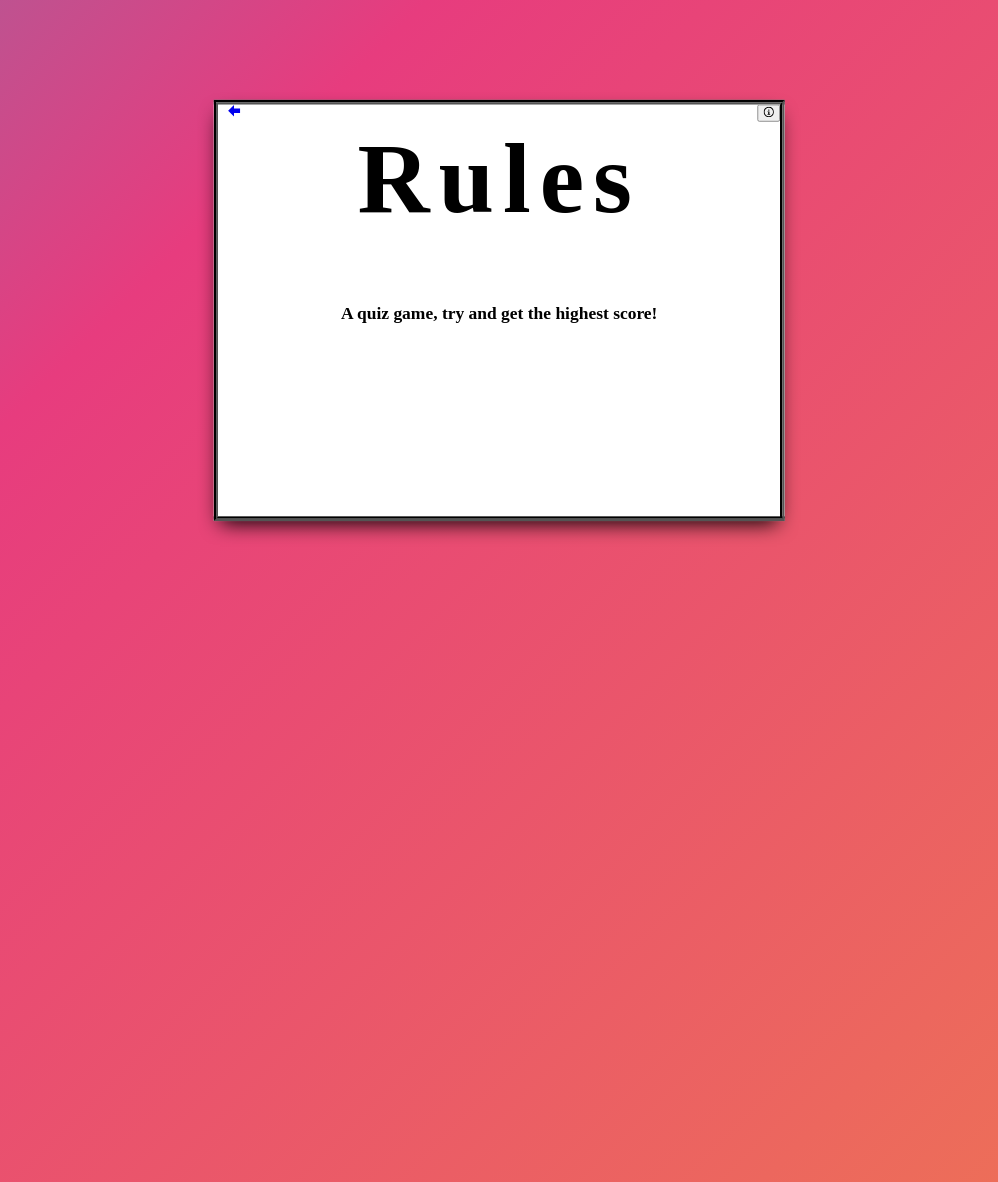
Repository: PatrickTheCodeGuy/QuizApp
Page: /newGame (app in quizapp/)
The author's editor kept a copy of each file at every save. The page is drawn from the files as they stood at one save, then again after the next save.
The browser window is 1280 px wide. The pictures show the whole page, at 78% of full size.
The project was rebuilt for these pictures with package versions that can differ from the ones it lists, and the page was loaded fresh each time. A package was used in the major version that the imports need, not the one package.json lists. Also part of the build but not shown: quizapp/src/App.css, quizapp/src/components/Leaderboard/Leaderboard.css, quizapp/src/components/Leaderboard/Leaderboard.js, quizapp/src/components/StartMenu/StartMenu.js, quizapp/src/App.js.

Above is the page before, as saved 2021-07-08 18:58:38.

After the next save:
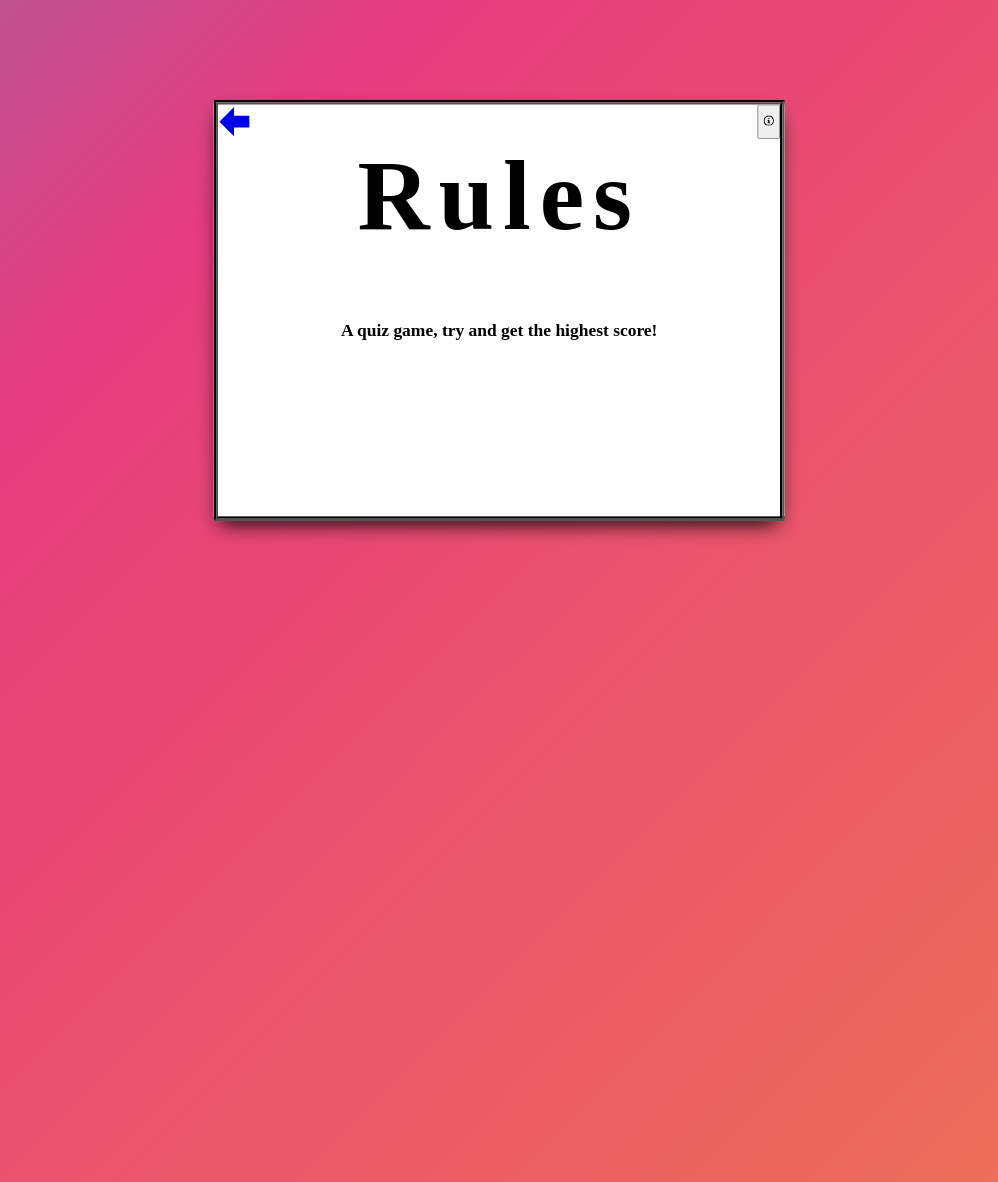
Saved 2 min 51 s later.
--- a/quizapp/src/components/GameInfo/GameInfo.js
+++ b/quizapp/src/components/GameInfo/GameInfo.js
@@ -17,7 +17,7 @@ function GameInfo() {
         <div className="gameInfo-container">
             <div className="gameInfo-header">
                 <Link className="back-button" to="/">
-																		<ImArrowLeft className="back-arrow"/>
+																		<ImArrowLeft size="large" className="back-arrow"/>
 																</Link>
 																<button onClick={() => setModalIsOpen(true)}>
 																	<ImInfo className="info-icon"/>
